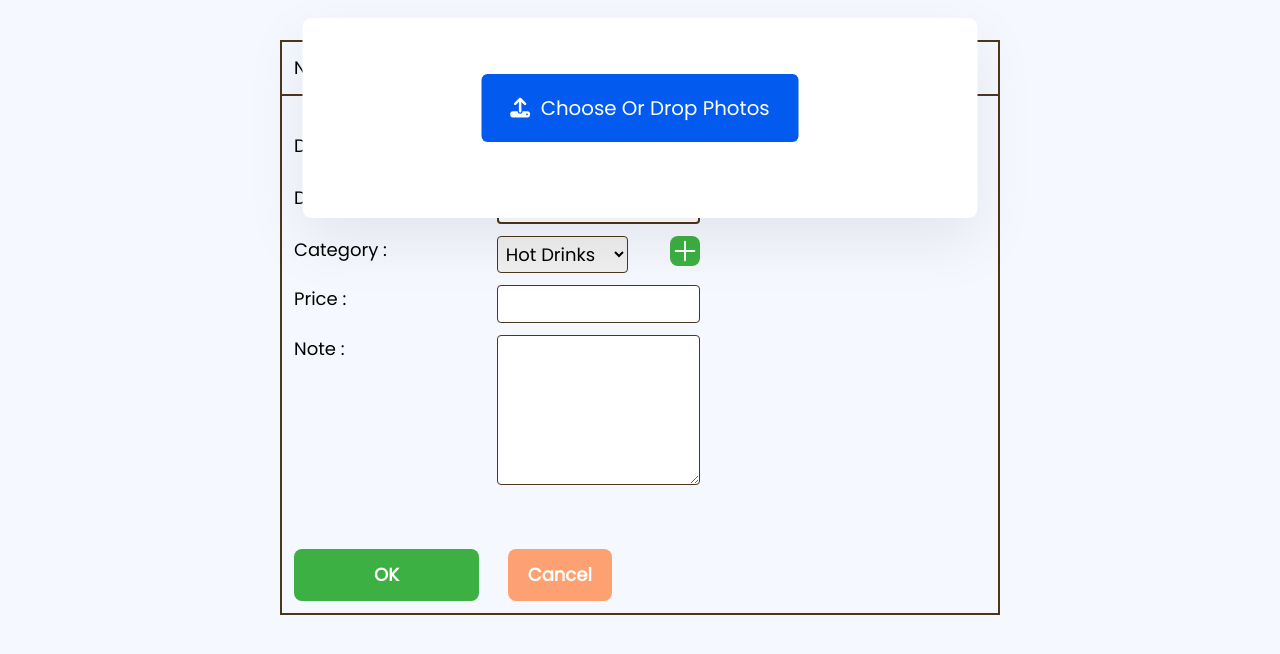
Repository: Dapravith/Midterm-SE-GIC-Cafe-Project-Group16
Page: src/main/resources/templates/addDrink.html
The author's editor kept a copy of each file at every save. The page is drawn from the files as they stood at one save, then again after the next save.
The browser window is 1280 px wide. The pictures show the whole page.
Some web libraries are served in a nearby version.

Above is the page before, as saved 2023-05-16 22:31:49.

After the next save:
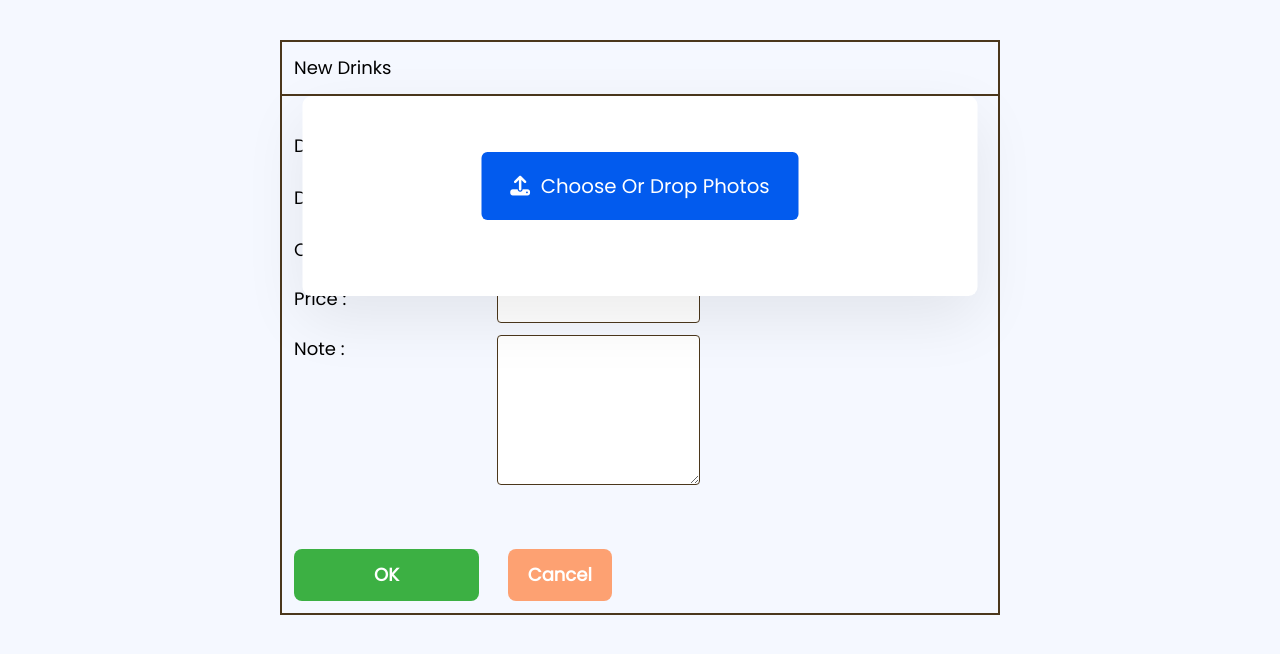
Saved 13 s later.
--- a/src/main/resources/templates/addDrink.html
+++ b/src/main/resources/templates/addDrink.html
@@ -36,7 +36,6 @@
             transform: translateX(-50%);
             left: 50%;
             right: 50%;
-            top: 1em;
             box-shadow: 0 1.25em 3.43em rgba(0, 0, 0, 0.08);
             border-radius: 0.5em;
             justify-content: right;
